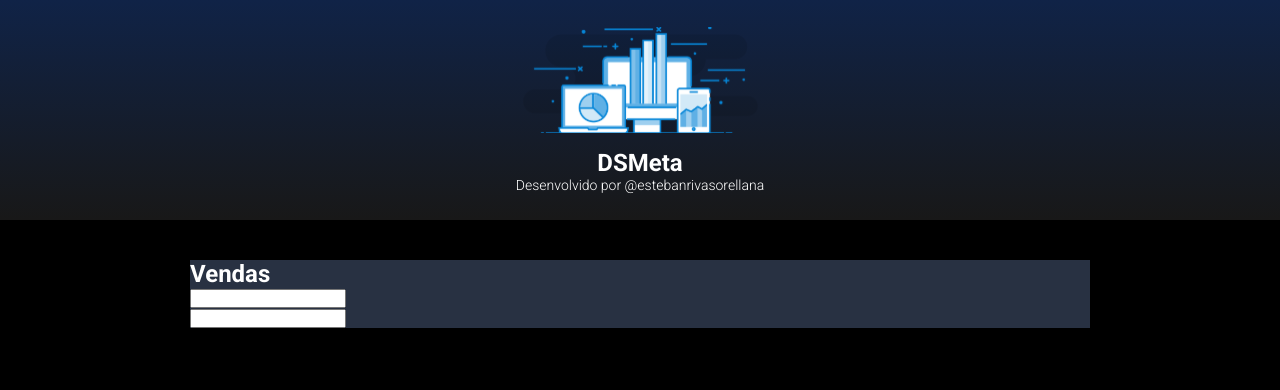
Repository: estebanrivas/dsmeta-css
Page: index.html
An editor plug-in stored every save of this project. The page is shown before and after a run of saves, followed by the edit.
The browser window is 1280 px wide. The pictures show the whole page.

Above is the page before, as saved 2022-09-08 21:35:49.

### index.html
<!DOCTYPE html>
<html lang="en">

<head>
    <meta charset="UTF-8">
    <meta http-equiv="X-UA-Compatible" content="IE=edge">
    <meta name="viewport" content="width=device-width, initial-scale=1.0">
    <title>DSMeta</title>

    <link rel="stylesheet" href="css/styles.css">
</head>

<body>
    <header>
        <div class="dsmeta-logo-container">
            <img src="images/logo.svg" alt="DSMeta">
            <h1>DSMeta</h1>
            <p>Desenvolvido por
                <a href="https://www.instagram.com/estebanrivasorellana/">@estebanrivasorellana</a>
            </p>
        </div>
    </header>

    <main>
        <section id="sales">
            <div class="dsmeta-container">
                <div class="dsmeta-card">
                    <h2>Vendas</h2>

                    <div>
                        <div>
                            <input type="text">
                        </div>
                        <div>
                            <input type="text">
                        </div>
                    </div>

                    <div>
                        <table>
                            <thead>

                            </thead>
                        </table>
                    </div>
                </div>
            </div>
        </section>
    </main>


</body>

</html>

### css/styles.css
@import url("https://fonts.googleapis.com/css2?family=Roboto:wght@300;400;700&display=swap");

* {
  font-family: "Roboto", sans-serif;
  box-sizing: border-box;
  margin: 0;
  padding: 0;
}

body,
html {
  background-color: #000;
  color: #fff;
}

a,
a:hover,
a:visited {
  color: unset;
  text-decoration: none;
}

header {
  height: 220px;
  background: linear-gradient(180deg, #102347 0%, #181818 100%);
  display: flex;
  align-items: center;
  justify-content: center;
}

.dsmeta-logo-container {
  display: flex;
  flex-direction: column;
  align-items: center;
}

.dsmeta-logo-container img {
  width: 235px;
}

.dsmeta-logo-container h1 {
  padding-top: 15px;
  font-size: 24px;
}

.dsmeta-logo-container p {
  font-size: 14px;
  font-weight: 300;
}

#sales {
  padding: 40px 10px;
}

.dsmeta-container {
  width: 100%;
  max-width: 900px;
  margin: 0 auto;
}

.dsmeta-card {
  background-color: #283142;
}

After the next 4 saves:
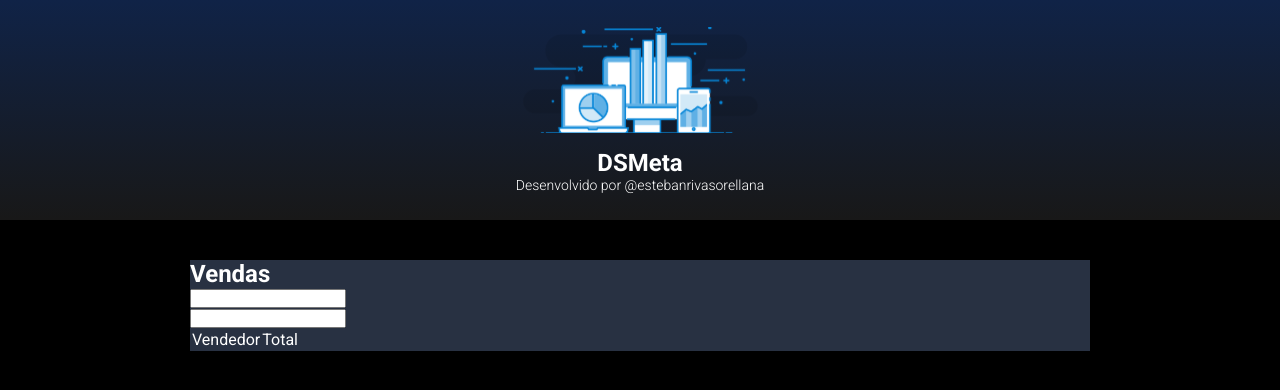
The 4 saves are shown as one change because they came seconds apart.
The last was saved 13 s later.
--- a/index.html
+++ b/index.html
@@ -39,7 +39,11 @@
                     <div>
                         <table>
                             <thead>
-
+                                <tr>
+                                    <td>Vendedor</td>
+                                    <td>Total</td>
+                                    <td></td>
+                                </tr>
                             </thead>
                         </table>
                     </div>
